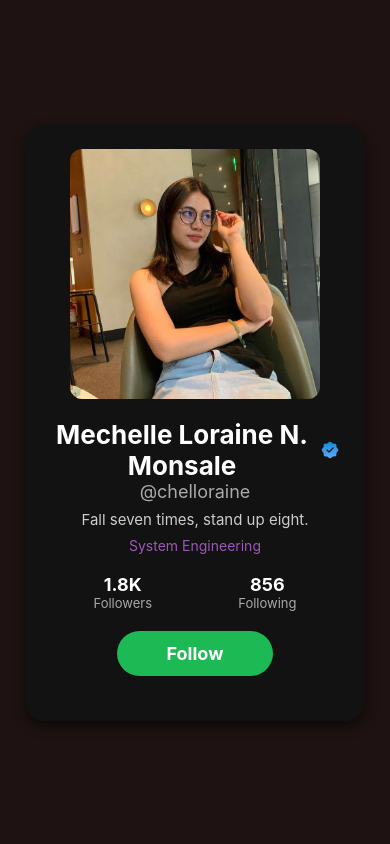
Repository: chelloraine/ProfileCard
Screen: /
An editor plug-in stored every save of this project. The screen is shown before and after the next save, followed by the edit.
The app was drawn by React Native's web renderer in a window 390 px wide. The project was rebuilt for these pictures with package versions that can differ from the ones it lists, and the page was loaded fresh each time.

Above is the screen before, as saved 2025-09-06 21:25:44.

### App.tsx
import React from "react";
import { SafeAreaView, StyleSheet } from "react-native";
import ProfileCard from "./myCode/profileCard";

export default function App() {
  return (
    <SafeAreaView style={styles.container}>
      <ProfileCard />
    </SafeAreaView>
  );
}

const styles = StyleSheet.create({
  container: {
    flex: 1,
    backgroundColor: "#1e1212ff",
    justifyContent: "center",
    alignItems: "center",
  },
});

### myCode/profileCard.js
import React, { useState } from "react";
import { View, Text, Image, TouchableOpacity } from "react-native";
import styles from "../assets/ProfileCardStyles";

export default function ProfileCard() {
  const [following, setFollowing] = useState(false);

  const toggleFollow = () => setFollowing(!following);

  return (
    <View style={styles.card}>
      <Image source={require("../assets/profile.jpg")} style={styles.squareImage} />

      <View style={styles.info}>
        <View style={styles.nameRow}>
          <Text style={styles.name}>Mechelle Loraine N. Monsale</Text>
          <Image source={require("../assets/verified.png")} style={styles.verified} />
        </View>
        <Text style={styles.username}>@chelloraine</Text>
        <Text style={styles.bio}>Fall seven times, stand up eight.</Text>
        <Text style={styles.course}>System Engineering</Text>
      </View>

      <View style={styles.stats}>
        <View style={styles.stat}>
          <Text style={styles.statNumber}>1.8K</Text>
          <Text style={styles.statLabel}>Followers</Text>
        </View>
        <View style={styles.stat}>
          <Text style={styles.statNumber}>856</Text>
          <Text style={styles.statLabel}>Following</Text>
        </View>
      </View>

      <TouchableOpacity
        style={[styles.followButton, following && styles.followingButton]}
        onPress={toggleFollow}
      >
        <Text style={styles.followText}>
          {following ? "Following" : "Follow"}
        </Text>
      </TouchableOpacity>
    </View>
  );
}

### assets/ProfileCardStyles.js
import { StyleSheet } from "react-native";

export default StyleSheet.create({
  card: {
    backgroundColor: "#121212",
    borderRadius: 20,
    padding: 25,
    alignItems: "center",
    shadowColor: "#000",
    shadowOpacity: 0.5,
    shadowRadius: 12,
    shadowOffset: { width: 0, height: 6 },
    width: 340,
    alignSelf: "center",
  },
  squareImage: {
    width: 250,
    height: 250,
    borderRadius: 12,
    marginBottom: 20,
  },
  info: {
    alignItems: "center",
    marginBottom: 20,
    width: "100%",
  },
  nameRow: {
    flexDirection: "row",
    alignItems: "center",
    justifyContent: "center",
  },
  name: {
    fontSize: 26,
    fontWeight: "bold",
    color: "#fff",
    textAlign: "center",
  },
  verified: {
    width: 20,
    height: 20,
    marginLeft: 6,
  },
  username: {
    fontSize: 18,
    color: "#aaa",
    marginBottom: 8,
  },
  bio: {
    fontSize: 15,
    color: "#ccc",
    textAlign: "center",
    paddingHorizontal: 15,
    marginBottom: 6,
  },
  course: {
    fontSize: 14,
    color: "#9b59b6",
    textAlign: "center",
    marginTop: 2,
  },
  stats: {
    flexDirection: "row",
    justifyContent: "space-between",
    width: "70%",
    marginBottom: 20,
  },
  stat: {
    alignItems: "center",
  },
  statNumber: {
    fontSize: 18,
    fontWeight: "bold",
    color: "#fff",
  },
  statLabel: {
    fontSize: 13,
    color: "#aaa",
  },
  followButton: {
    backgroundColor: "#1DB954",
    paddingVertical: 12,
    paddingHorizontal: 50,
    borderRadius: 25,
    marginBottom: 20,
  },
  followingButton: {
    backgroundColor: "#555",
  },
  followText: {
    color: "#fff",
    fontSize: 18,
    fontWeight: "bold",
  },
});

After the next save:
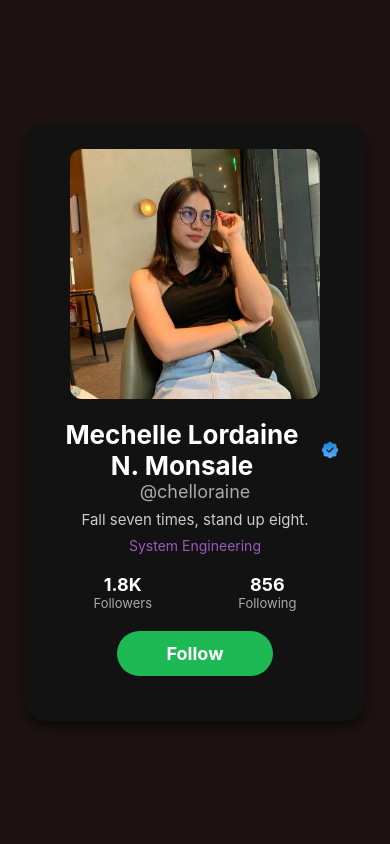
Saved 17 s later.
--- a/myCode/profileCard.js
+++ b/myCode/profileCard.js
@@ -13,7 +13,7 @@
 
       <View style={styles.info}>
         <View style={styles.nameRow}>
-          <Text style={styles.name}>Mechelle Loraine N. Monsale</Text>
+          <Text style={styles.name}>Mechelle Lordaine N. Monsale</Text>
           <Image source={require("../assets/verified.png")} style={styles.verified} />
         </View>
         <Text style={styles.username}>@chelloraine</Text>

After the save that followed:
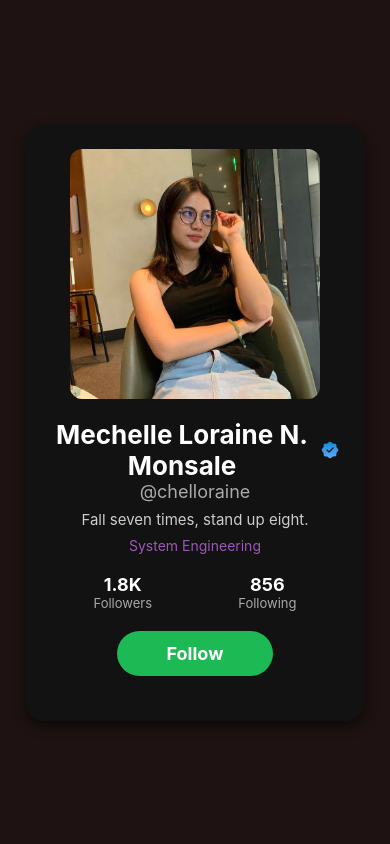
Saved 115 s later.
--- a/myCode/profileCard.js
+++ b/myCode/profileCard.js
@@ -13,7 +13,7 @@
 
       <View style={styles.info}>
         <View style={styles.nameRow}>
-          <Text style={styles.name}>Mechelle Lordaine N. Monsale</Text>
+          <Text style={styles.name}>Mechelle Loraine N. Monsale</Text>
           <Image source={require("../assets/verified.png")} style={styles.verified} />
         </View>
         <Text style={styles.username}>@chelloraine</Text>
